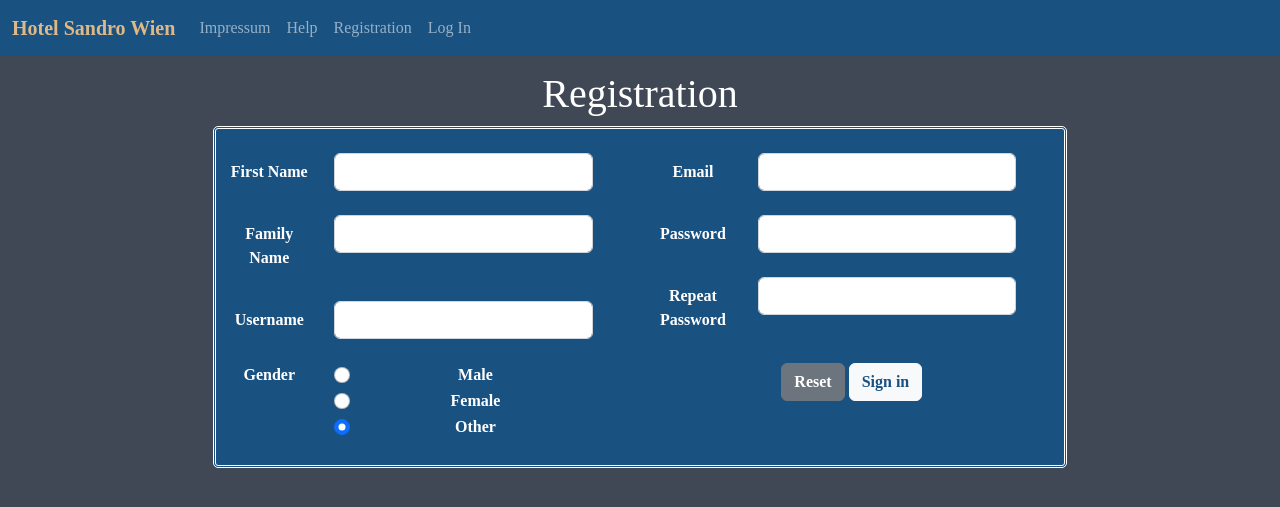
Repository: TIS0N/Hotel_Sandro
Page: http://localhost/pages/registration.php
An editor plug-in stored every save of this project. The page is shown before and after the next save, followed by the edit.
The browser window is 1280 px wide. The pictures show the whole page.
The page is run by PHP 8.4 with error messages shown; the project is at /var/www/html/.

Above is the page before, as saved 2022-10-10 18:09:27.

### pages/registration.php
<!DOCTYPE html>
<html lang="en">
<head>
    <meta charset="UTF-8">
    <meta http-equiv="X-UA-Compatible" content="IE=edge">
    <meta name="viewport" content="width=device-width, initial-scale=1.0">
    <link href="https://cdn.jsdelivr.net/npm/bootstrap@5.2.2/dist/css/bootstrap.min.css" rel="stylesheet" integrity="sha384-Zenh87qX5JnK2Jl0vWa8Ck2rdkQ2Bzep5IDxbcnCeuOxjzrPF/et3URy9Bv1WTRi" crossorigin="anonymous">
    <script src="https://cdn.jsdelivr.net/npm/bootstrap@5.2.2/dist/js/bootstrap.bundle.min.js" integrity="sha384-OERcA2EqjJCMA+/3y+gxIOqMEjwtxJY7qPCqsdltbNJuaOe923+mo//f6V8Qbsw3" crossorigin="anonymous"></script>
    <link rel="stylesheet" href="../res/css/stylesheet.css">
    <title>Hotel Sandro Wien - Sign In</title>
</head>
<body id="body">

<?php
include "../inc/navigation.php";
?>
    <h1>Registration</h1>

    <div id="formular" class="container text-center col-8">
        <div class="row justify-content-center">
            <div class="col-6">
                <form action="">
                <br><div class="row mb-4">
                        <label for="fname" class="col-sm-3 col-form-label"><strong>First Name</strong></label>
                        <div class="col-sm-8">
                            <input type="text" class="form-control" id="fname">
                        </div>
                    </div>
                    <div class="row mb-4">
                        <label for="lname" class="col-sm-3 col-form-label"><strong>Family Name</strong></label>
                        <div class="col-sm-8">
                            <input type="text" class="form-control" id="lname">
                        </div>
                    </div>
                    <div class="row mb-4">
                        <label for="username" class="col-sm-3 col-form-label"><strong>Username</strong></label>
                        <div class="col-sm-8">
                            <input type="text" class="form-control" id="username">
                        </div>
                    </div>

                    <fieldset class="row mb-4">
                        <legend class="col-form-label col-sm-3 pt-0"><strong>Gender</strong></legend>
                        <div class="col-sm-8">
                        <div class="form-check">
                            <input class="form-check-input" type="radio" name="gridRadios" id="male" value="option1" checked>
                            <label class="form-check-label" for="male"><strong>Male</strong></label>
                        </div>
                        <div class="form-check">
                            <input class="form-check-input" type="radio" name="gridRadios" id="female" value="option1" checked>
                            <label class="form-check-label" for="female"><strong>Female</strong></label>
                        </div>
                        <div class="form-check">
                            <input class="form-check-input" type="radio" name="gridRadios" id="other" value="option1" checked>
                            <label class="form-check-label" for="other"><strong>Other</strong></label>
                        </div>

                        </div>
                    </fieldset>
                </form>
            </div>
            <div class="col-6">
                <br><div class="row mb-4">
                    <label for="email" class="col-sm-3 col-form-label"><strong>Email</strong></label>
                        <div class="col-sm-8">
                            <input type="email" class="form-control" id="email">
                        </div>
                </div>
                <div class="row mb-4">
                    <label for="password" class="col-sm-3 col-form-label"><strong>Password</strong></label>
                        <div class="col-sm-8">
                            <input type="email" class="form-control" id="password">
                        </div>
                </div>
                <div class="row mb-4">
                    <label for="password2" class="col-sm-3 col-form-label"><strong>Repeat Password</strong></label>
                    <div class="col-sm-8">
                        <input type="password" class="form-control" id="password2">
                    </div>
                </div>
                <button type="reset" class="btn btn-secondary"><strong>Reset</strong></button>
                    <button type="submit" class="btn btn-light" style="color: #195181;"><strong>Sign in</strong></button><br><br>
            </div>
        </div>
    </div>


</body>
</html>

### inc/navigation.php
<?php
    if(file_exists("./index.php")){
        $includePath = ".";
    }
    else{
        $includePath = "..";
    }
?>

<div id="navBar">
        <nav class="navbar fixed-top navbar-expand-lg navbar-dark" style="background-color: #195181;">
            <div class="container-fluid">
                <a class="navbar-brand" href= <?php echo "$includePath/index.php"?> style="color: burlywood;"><strong>Hotel Sandro Wien</strong></a>
                <button class="navbar-toggler" type="button" data-bs-toggle="collapse" data-bs-target="#navbarNav" aria-controls="navbarNav" aria-expanded="false" aria-label="Toggle navigation">
                    <span class="navbar-toggler-icon"></span>
                </button>
                <div class="collapse navbar-collapse" id="navbarNav">
                    <ul class="navbar-nav">
                        <li class="nav-item">
                            <a class="nav-link"href= <?php echo "$includePath/pages/impressum.php"?> class="navbar-brand">Impressum</a>
                        </li>
                        <li class="nav-item">
                            <a class="nav-link" href=<?php echo "$includePath/pages/help.php"?> class="navbar-brand">Help</a>
                        </li>
                        <li class="nav-item">
                            <a class="nav-link" href=<?php echo "$includePath/pages/registration.php"?> class="navbar-brand">Registration</a>
                        </li>
                        <li class="nav-item">
                            <a class="nav-link" href=<?php echo "$includePath/pages/login.php"?> class="navbar-brand">Log In</a>
                        </li>

                    </ul>
                </div>
            </div>
        </nav>
    </div>

### res/css/stylesheet.css
#body{
    background-color: rgb(63, 72, 84);
    color: rgb(255, 255, 255);
    padding-top: 70px;
    text-align: center;
    font-family: cursive;
}

#hotelSandroPhoto{
    width: 600px;
    height: 450px;
}

#formular{
    background-color: #195181;
    border-radius: 5px;
    border-color: rgb(255, 255, 255);
    border-style: double;
}

After the next save:
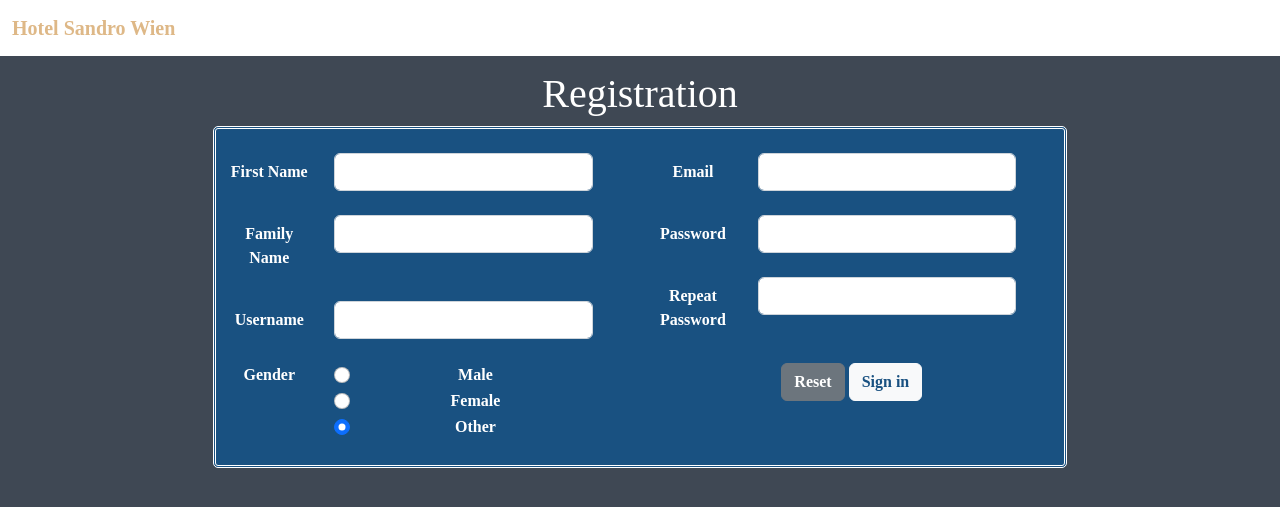
Saved 55 s later.
--- a/inc/navigation.php
+++ b/inc/navigation.php
@@ -8,7 +8,7 @@
 ?>
 
 <div id="navBar">
-        <nav class="navbar fixed-top navbar-expand-lg navbar-dark" style="background-color: #195181;">
+        <nav class="navbar fixed-top navbar-expand-lg navbar-dark" style="background-color: rgb(255, 255, 255);">
             <div class="container-fluid">
                 <a class="navbar-brand" href= <?php echo "$includePath/index.php"?> style="color: burlywood;"><strong>Hotel Sandro Wien</strong></a>
                 <button class="navbar-toggler" type="button" data-bs-toggle="collapse" data-bs-target="#navbarNav" aria-controls="navbarNav" aria-expanded="false" aria-label="Toggle navigation">

After the save that followed:
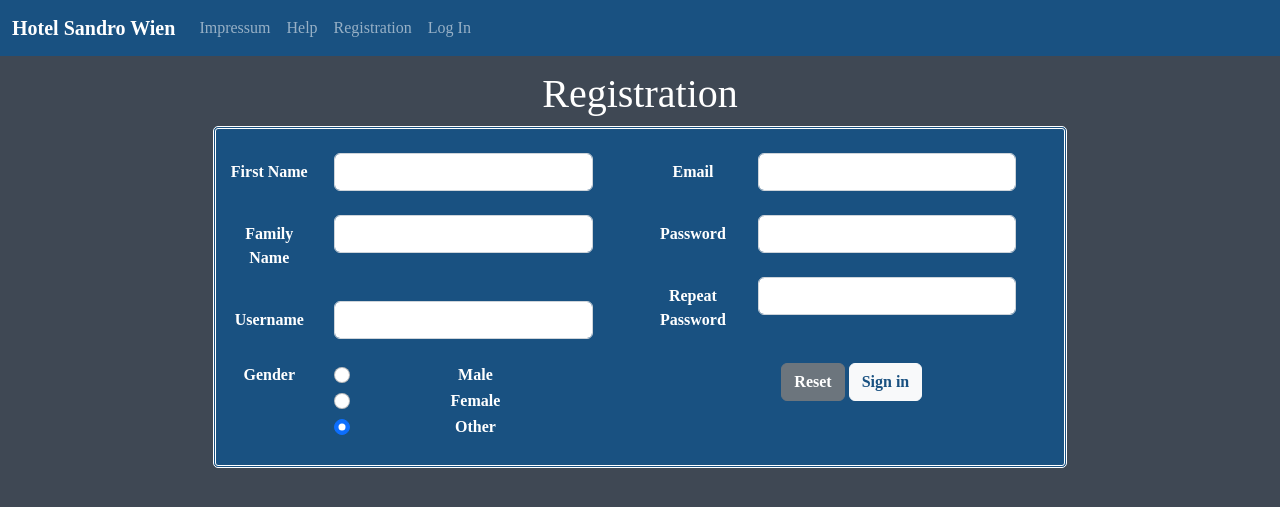
Saved 18 s later.
--- a/inc/navigation.php
+++ b/inc/navigation.php
@@ -8,9 +8,9 @@
 ?>
 
 <div id="navBar">
-        <nav class="navbar fixed-top navbar-expand-lg navbar-dark" style="background-color: rgb(255, 255, 255);">
+        <nav class="navbar fixed-top navbar-expand-lg navbar-dark" style="background-color: #195181;">
             <div class="container-fluid">
-                <a class="navbar-brand" href= <?php echo "$includePath/index.php"?> style="color: burlywood;"><strong>Hotel Sandro Wien</strong></a>
+                <a class="navbar-brand" href= <?php echo "$includePath/index.php"?> style="color: rgb(255, 255, 255);"><strong>Hotel Sandro Wien</strong></a>
                 <button class="navbar-toggler" type="button" data-bs-toggle="collapse" data-bs-target="#navbarNav" aria-controls="navbarNav" aria-expanded="false" aria-label="Toggle navigation">
                     <span class="navbar-toggler-icon"></span>
                 </button>
